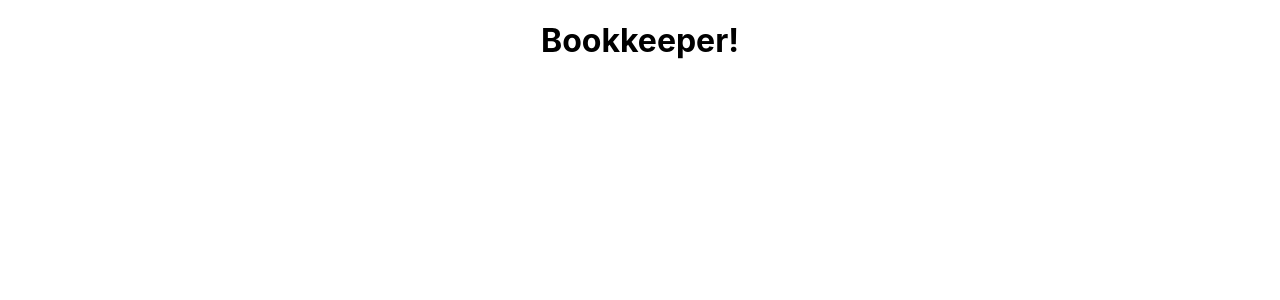
Repository: amiranazri/react-router-tutorial
Page: / (app in router-tutorial/)
An editor plug-in stored every save of this project. The page is shown before and after a run of saves, followed by the edit.
The browser window is 1280 px wide. The pictures show the whole page.
The project was rebuilt for these pictures with package versions that can differ from the ones it lists, and the page was loaded fresh each time.

Above is the page before, as saved 2022-08-06 20:08:54.

After the next 2 saves:
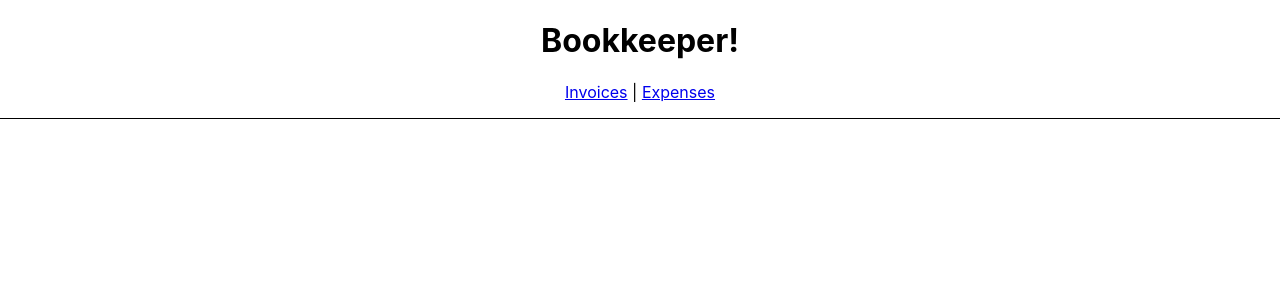
The 2 saves are shown as one change because 1 did not build or start.
The last was saved 39 s later.
--- a/router-tutorial/src/App.js
+++ b/router-tutorial/src/App.js
@@ -1,9 +1,19 @@
+import { Link } from "react-router-dom";
 import './App.css';
 
 function App() {
   return (
     <div className="App">
       <h1>Bookkeeper!</h1>
+      <nav
+        style={{
+          borderBottom: "solid 1px",
+          paddingBottom: "1rem",
+        }}
+      >
+        <Link to="/invoices">Invoices</Link> |{" "}
+        <Link to="/expenses">Expenses</Link>
+      </nav>
     </div>
   );
 }
